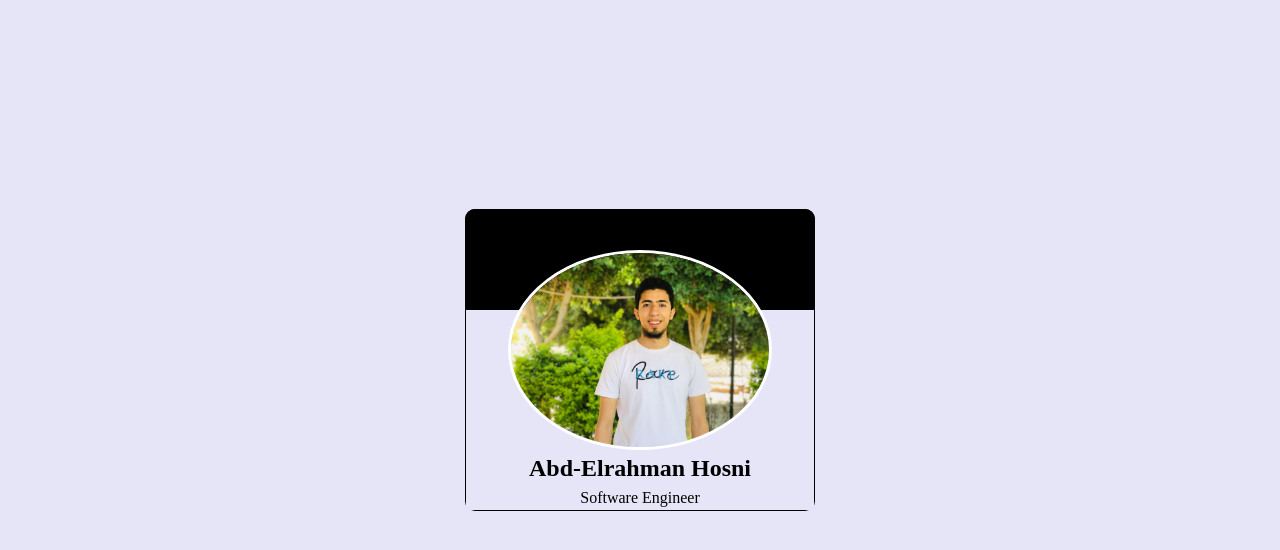
Repository: Abdo-Hosni123/Html-and-css-projects
Page: index.html
These files come from the project's save history. The page is drawn as it stood at one moment and after the next save; the edit follows.
The browser window is 1280 px wide. The pictures show the whole page.

Above is the page before, as saved 2023-12-05 22:25:30.

### index.html
<!DOCTYPE html>
<html lang="en">
<head>
    <meta charset="UTF-8">
    <meta name="viewport" content="width=device-width, initial-scale=1.0">
    <title>Abd-Elrahman Honsi's profile component</title>
    <link rel="stylesheet" href="Style.css">
</head>
<body>
    <div class="container">
        <article class="card">
            <div class="top"></div>
            <div class="middle">
                <img src="./assets/mypicture.jpg" alt="picture of Abdelrahman Hosni" class="card-img">
                <h2>Abd-Elrahman Hosni</h2>
                <p>Software Engineer</p>
            </div>
            <div class="bottom"></div>
        </article>

    </div>
</body>
</html>

### Style.css

*, *::before, *::after {
box-sizing: border-box;
}
* {
margin: 0;
}
body {
line-height: 1.5;
-webkit-font-smoothing: antialiased;
}

img, picture, video, canvas, svg {
display: block;
max-width: 100%;
}

input, button, textarea, select {
font: inherit;
}

p, h1, h2, h3, h4, h5, h6 {
overflow-wrap: break-word;
}

#root, #__next {
isolation: isolate;
}
.container{
    display: flex;
    align-items: center;
    justify-content: center;
    min-height: 100vh;
    background-color: #e5e5f7;

}
.card {
    display: flex;
    flex-direction: column;
    min-width: 350px;
    border-radius: 10px;
    overflow: hidden;
}
.top {
    height: 100px;
    background-color: #000000;
    opacity: 1;
    background-image: radial-gradient(#000000 0.45px, #000000 0.45px);
    background-size: 9px 9px;
    z-index: 1;
}
.middle{
    display: flex;
    flex-direction: column;
    justify-content: center;
    align-items: center;
    border: 1px solid;
}
.card-img{
    margin-top: -60px;
    border-radius: 75%;
    border: 3px solid white;
    height: 200px;
    z-index: 2;

}

After the next save:
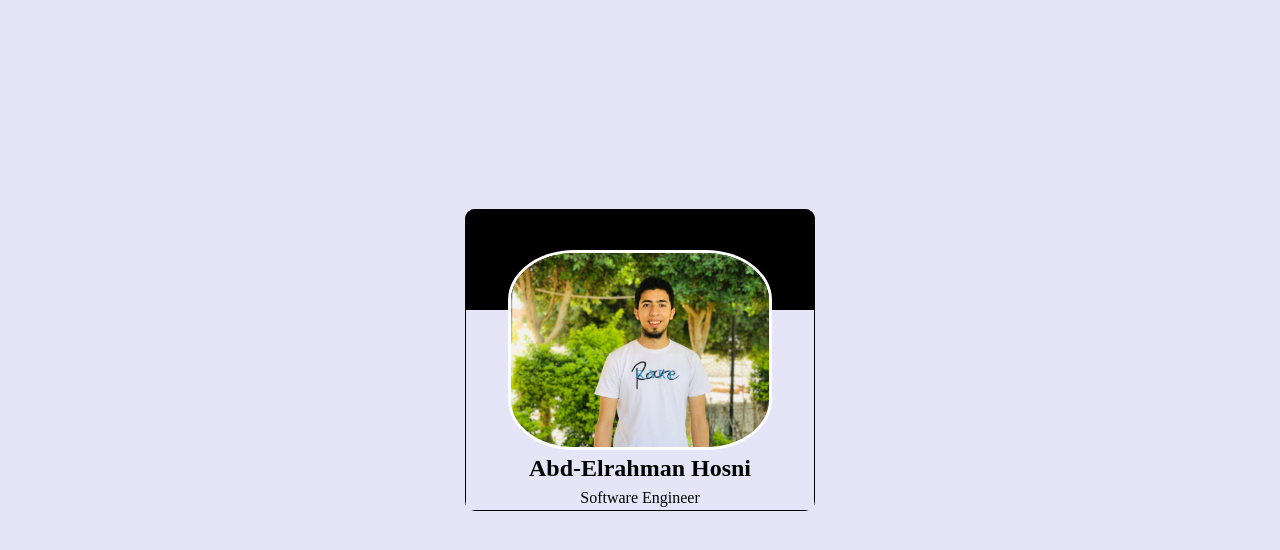
Saved 17 s later.
--- a/Style.css
+++ b/Style.css
@@ -58,7 +58,7 @@ isolation: isolate;
 }
 .card-img{
     margin-top: -60px;
-    border-radius: 75%;
+    border-radius: 25%;
     border: 3px solid white;
     height: 200px;
     z-index: 2;
